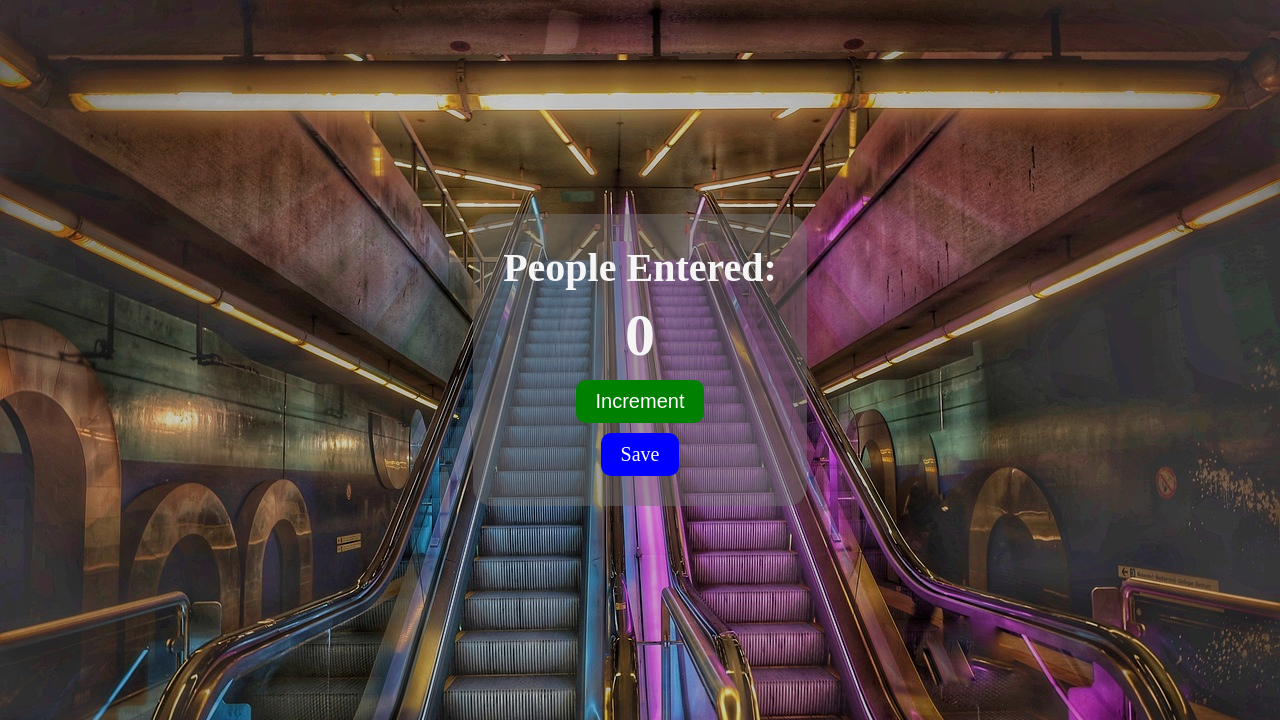
Repository: raghhavv03/javascript-practice
Page: task-1/index.html
These files come from the project's save history. The page is drawn as it stood at one moment and after a run of saves; the edit follows.
The browser window is 1280 px wide. The pictures show the whole page.

Above is the page before, as saved 2026-02-04 17:46:54.

### task-1/index.html
<!DOCTYPE html>
<html>
    <head>
        <title>Task 1</title>
        <link rel="stylesheet" href="style.css">
        <script src="index.js" defer></script>
</head>

    </head>
    <body>
        <div class="container">
            <h1>People Entered: </h1>
            <h2 id="people-count">0</h2>
            <button id="increment-btn" onClick="incrementCount()">Increment</button>
            <dec
            <button id="save-btn" onClick="saveCount()">Save</button>
        </div>
    </body>
</html>

### task-1/style.css
* {
    margin: 0;
    padding: 0;
    box-sizing: border-box;
}

body {
    height: 100vh;
    display: flex;
    justify-content: center;
    align-items: center;
    background-image: linear-gradient(rgba(0,0,0,0.2), rgba(0,0,0,0.2)), url("./subway.jpg");
    background-size: cover;
    color: whitesmoke
}

.container {
    display: flex;
    flex-direction: column;
    justify-content: center;
    align-items: center;
    gap: 10px;
    background-color: rgba(111, 108, 108, 0.5);
    border-radius: 20px;
    padding: 30px;
}

h1 {
    font-size: 40px;
}

h2 {
    font-size: 60px;
}

#increment-btn {
    padding: 10px 20px;
    font-size:20px;
    border: none;
    border-radius: 10px;
    background-color: green;
    color: white;
    cursor: pointer;
}

#save-btn {
    padding: 10px 20px;
    font-size:20px;
    border: none;
    border-radius: 10px;
    background-color: blue;
    color: white;
    cursor: pointer;
}

### task-1/index.js
// document.getElementById("people-count").innerText = 5

// let firstBatch = 5
// let secondBatch = 7
// let count = firstBatch + secondBatch
// console.log(count)

// let bonusPoints = 50
// console.log(bonusPoints)

// bonusPoints = bonusPoints + 50
// console.log(bonusPoints)

// bonusPoints = bonusPoints - 75
// console.log(bonusPoints)

// bonusPoints = bonusPoints + 45
// console.log(bonusPoints)

// let lap1 = 34
// let lap2 = 33
// let lap3 = 36

// function logLapTime() {
//     let totalTime = lap1 + lap2 + lap3
//     console.log(totalTime)
// }

// logLapTime()

let countPeople = document.getElementById("people-count")
console.log(countPeople)

let count = 0
function incrementCount() {
    count += 1
    countPeople.innerText = count
}

function saveCount() {
    console.log(count)
    count = 0
    countPeople.innerText = count
}

After the next 2 saves:
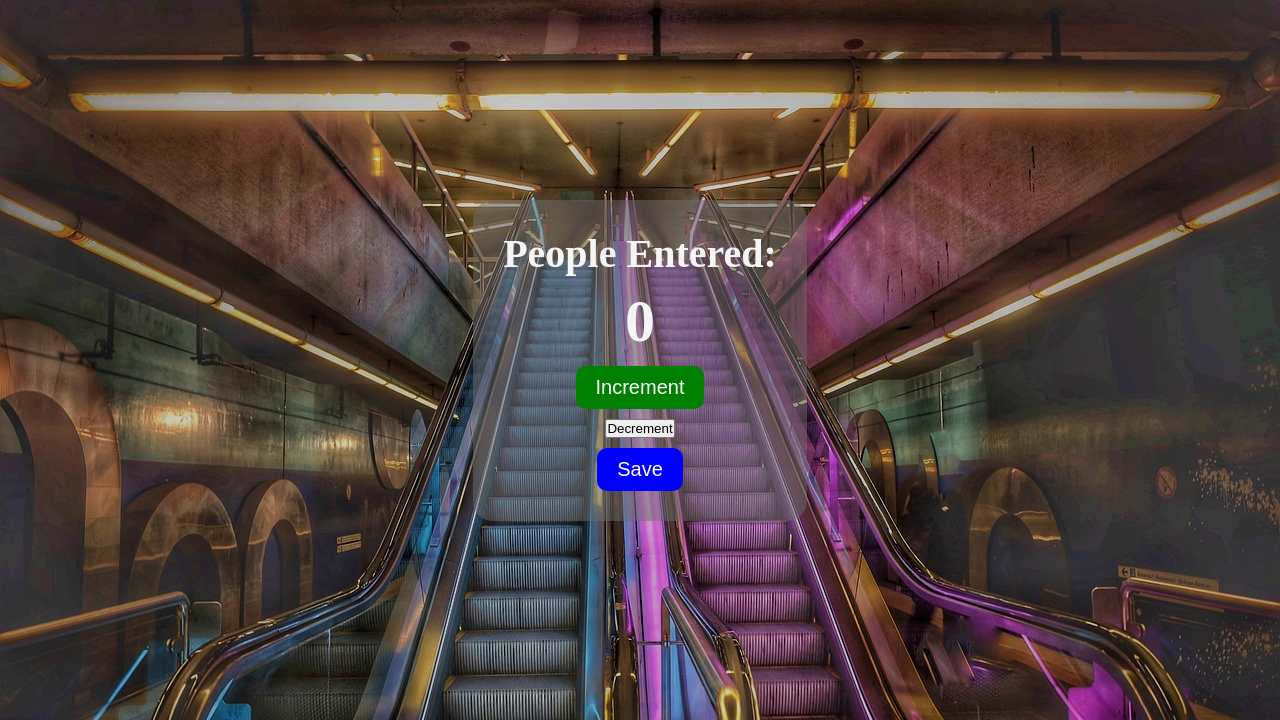
The 2 saves are shown as one change because they came seconds apart.
The last was saved 7 s later.
--- a/task-1/index.html
+++ b/task-1/index.html
@@ -12,7 +12,7 @@
             <h1>People Entered: </h1>
             <h2 id="people-count">0</h2>
             <button id="increment-btn" onClick="incrementCount()">Increment</button>
-            <dec
+            <button id="decrement-btn" onClick="decrementCount()">Decrement</button>
             <button id="save-btn" onClick="saveCount()">Save</button>
         </div>
     </body>
